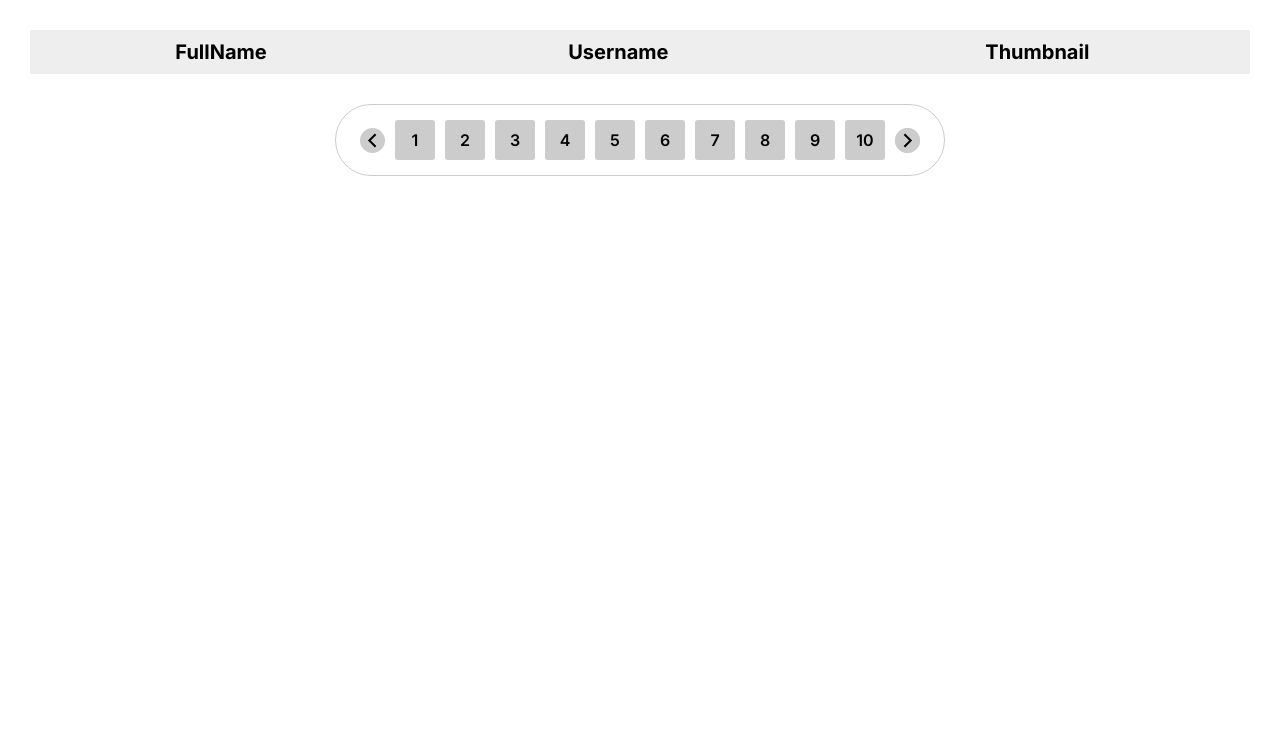
Repository: hoang0508/Test-FrontendReactJs-Twendee
Page: /
These files come from the project's save history. The page is drawn as it stood at one moment and after the next save; the edit follows.
The browser window is 1280 px wide. The pictures show the whole page.
The page's requests for data from a server got no answer. The project was rebuilt for these pictures with package versions that can differ from the ones it lists, and the page was loaded fresh each time. No one was signed in, and anything a server would have sent is missing.

Above is the page before, as saved 2023-02-06 21:49:36.

After the next save:
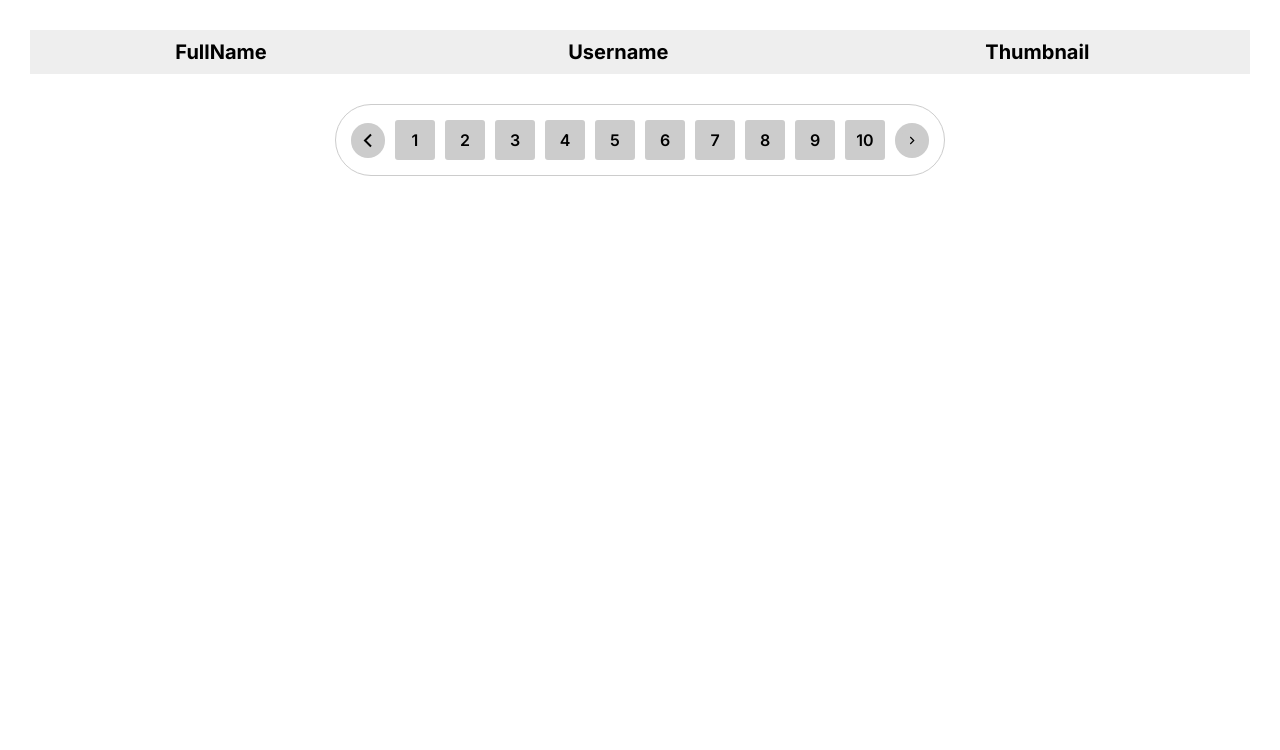
Saved 16 s later.
--- a/src/components/UserTable.scss
+++ b/src/components/UserTable.scss
@@ -56,12 +56,14 @@
     cursor: pointer;
     background-color: #ccc;
     border-radius: 100rem;
+    padding: 5px;
   }
   &-prev {
     font-size: 25px;
     cursor: pointer;
     background-color: #ccc;
     border-radius: 100rem;
+    padding: 5px;
   }
   button.page-link {
     width: 40px;
